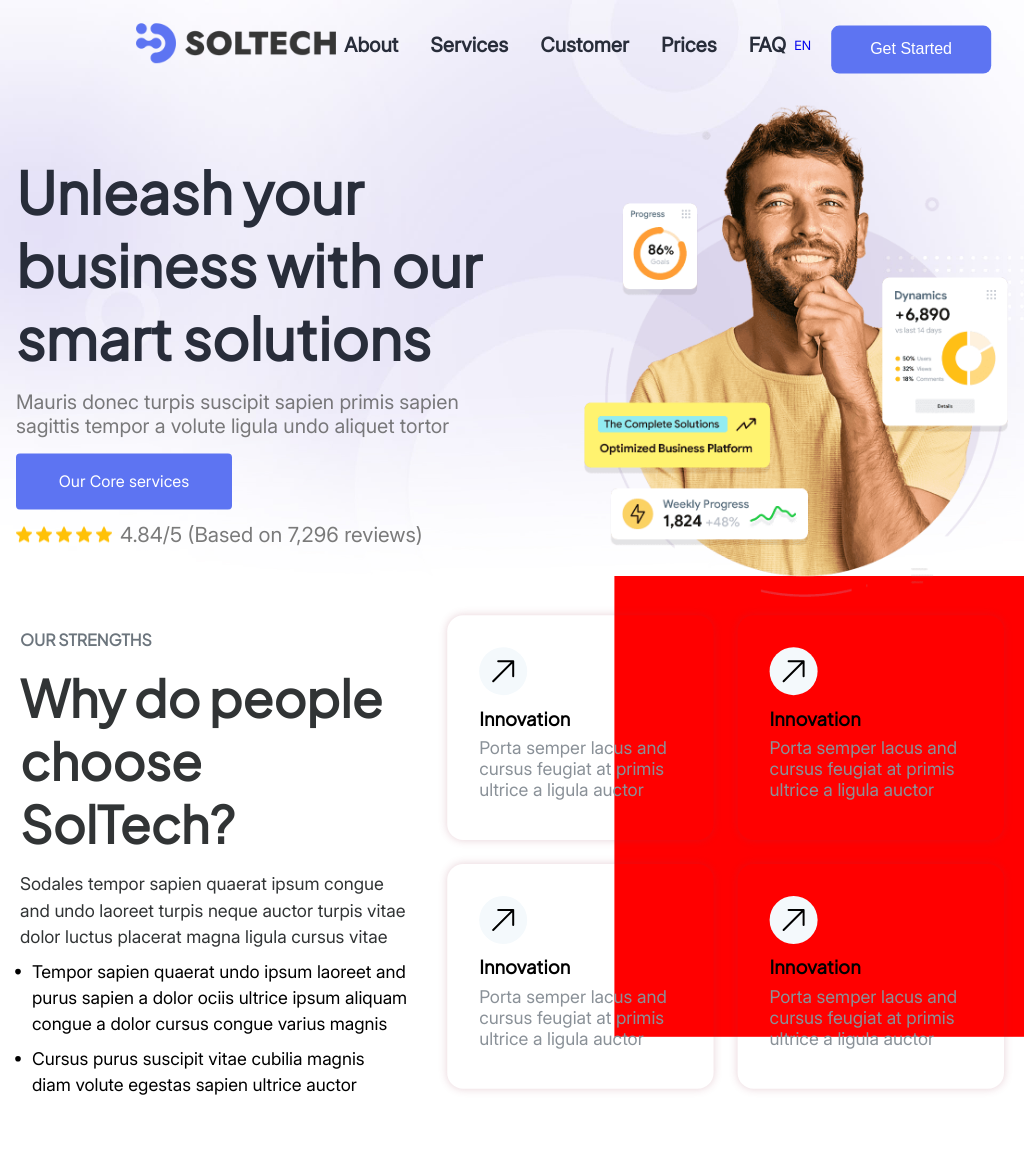
Repository: md-rabbi-hossain/Soltech-html
Page: index.html
These files come from the project's save history. The page is drawn as it stood at one moment and after the next save; the edit follows.
The browser window is 1280 px wide. The pictures show the whole page, at 80% of full size.

Above is the page before, as saved 2025-01-10 02:46:19.

### index.html
<!DOCTYPE html>
<html lang="en">
  <head>
    <meta charset="UTF-8" />
    <meta name="viewport" content="width=device-width, initial-scale=1.0" />
    <link rel="stylesheet" href="Css/style.css" />
    <title>Soltech</title>
  </head>
  <body>
    <header class="main-container">
      <div class="Hero-parents-container">
        <nav>
          <div class="logo">
            <img src="image/logo-1.png" alt="Logo" />
          </div>
          <ul class="menu">
            <li class="dropdown">
              <a href="#">About</a>
              <ul class="dropdown-menu">
                <li><a href="#">Our Team</a></li>
                <li><a href="#">Our Mission</a></li>
                <li><a href="#">History</a></li>
              </ul>
            </li>
            <li><a href="#">Services</a></li>
            <li><a href="#">Customer</a></li>
            <li><a href="#">Prices</a></li>
            <li><a href="#">FAQ</a></li>
          </ul>
          <div class="actions">
            <div class="dropdown">
              <li><a href="#">EN</a></li>
              <ul class="dropdown-menu">
                <li><a href="#">English</a></li>
                <li><a href="#">Spanish</a></li>
              </ul>
            </div>
            <button class="get-started">Get Started</button>
          </div>
        </nav>
        <!-- Navbar end here  -->
        <!-- hero start here  -->
        <div class="hero-parents container">
          <div class="left-side">
            <div class="content">
              <h1>Unleash your business with our smart solutions</h1>
              <p>
                Mauris donec turpis suscipit sapien primis sapien sagittis
                tempor a volute ligula undo aliquet tortor
              </p>
              <div>
                <button>Our Core services</button>
              </div>
              <div class="text">
                <div class="icon">
                  <img src="image/star.png" alt="" />
                  <img src="image/star.png" alt="" />
                  <img src="image/star.png" alt="" />
                  <img src="image/star.png" alt="" />
                  <img src="image/star.png" alt="" />
                </div>
                <p>4.84/5 (Based on 7,296 reviews)</p>
              </div>
            </div>
          </div>
          <div class="right">
            <img src="/image/hero-right.png" alt="" />
          </div>
        </div>
      </div>
    </header>
    <section class="main-container cta-section">
      <div class="container">
        <div class="introduction-parent">
          <div class="introduction-text">
            <div class="inner">
              <h4>Our Strengths</h4>
              <h2>Why do people choose SolTech?</h2>
              <p>
                Sodales tempor sapien quaerat ipsum congue and undo laoreet
                turpis neque auctor turpis vitae dolor luctus placerat magna
                ligula cursus vitae
              </p>
              <ul>
                <li>
                  Tempor sapien quaerat undo ipsum laoreet and purus sapien a
                  dolor ociis ultrice ipsum aliquam congue a dolor cursus congue
                  varius magnis
                </li>
                <li>
                  Cursus purus suscipit vitae cubilia magnis diam volute egestas
                  sapien ultrice auctor
                </li>
              </ul>
            </div>
          </div>
          <div class="box-parent">
            <div class="box">
              <div class="box-inner">
                <svg
                  xmlns="http://www.w3.org/2000/svg"
                  fill="none"
                  viewBox="0 0 24 24"
                  stroke-width="1.5"
                  stroke="currentColor"
                  class="size-6"
                >
                  <path
                    stroke-linecap="round"
                    stroke-linejoin="round"
                    d="m4.5 19.5 15-15m0 0H8.25m11.25 0v11.25"
                  />
                </svg>
                <h3>Innovation</h3>
                <p>
                  Porta semper lacus and cursus feugiat at primis ultrice a
                  ligula auctor
                </p>
              </div>
            </div>
            <div class="box">
              <div class="box-inner">
                <svg
                  xmlns="http://www.w3.org/2000/svg"
                  fill="none"
                  viewBox="0 0 24 24"
                  stroke-width="1.5"
                  stroke="currentColor"
                  class="size-6"
                >
                  <path
                    stroke-linecap="round"
                    stroke-linejoin="round"
                    d="m4.5 19.5 15-15m0 0H8.25m11.25 0v11.25"
                  />
                </svg>
                <h3>Innovation</h3>
                <p>
                  Porta semper lacus and cursus feugiat at primis ultrice a
                  ligula auctor
                </p>
              </div>
            </div>
            <div class="box">
              <div class="box-inner">
                <svg
                  xmlns="http://www.w3.org/2000/svg"
                  fill="none"
                  viewBox="0 0 24 24"
                  stroke-width="1.5"
                  stroke="currentColor"
                  class="size-6"
                >
                  <path
                    stroke-linecap="round"
                    stroke-linejoin="round"
                    d="m4.5 19.5 15-15m0 0H8.25m11.25 0v11.25"
                  />
                </svg>
                <h3>Innovation</h3>
                <p>
                  Porta semper lacus and cursus feugiat at primis ultrice a
                  ligula auctor
                </p>
              </div>
            </div>
            <div class="box">
              <div class="box-inner">
                <svg
                  xmlns="http://www.w3.org/2000/svg"
                  fill="none"
                  viewBox="0 0 24 24"
                  stroke-width="1.5"
                  stroke="currentColor"
                  class="size-6"
                >
                  <path
                    stroke-linecap="round"
                    stroke-linejoin="round"
                    d="m4.5 19.5 15-15m0 0H8.25m11.25 0v11.25"
                  />
                </svg>
                <h3>Innovation</h3>
                <p>
                  Porta semper lacus and cursus feugiat at primis ultrice a
                  ligula auctor
                </p>
              </div>
            </div>
          </div>
        </div>
      </div>
    </section>
    <script src="/Js/Script.js"></script>
  </body>
</html>

### Css/style.css
* {
  margin: 0;
  padding: 0;
  box-sizing: border-box;
}
html {
  scroll-behavior: smooth;
}
@font-face {
  font-family: Inter;
  src: url("/Font/Inter_24pt-Regular.ttf") format("woff2");
  src: url("/Font/Inter_24pt-Regular.ttf") format("woff");
  src: url("/Font/Inter_24pt-Regular.ttf") format("truetype");
  font-weight: normal;
  font-style: normal;
}
@font-face {
  font-family: Jakarta;
  src: url("/Font/PlusJakartaSans-Regular.ttf") format("woff2");
  src: url("/Font/PlusJakartaSans-Regular.ttf") format("woff");
  src: url("/Font/PlusJakartaSans-Regular.ttf") format("truetype");
  font-weight: normal;
  font-style: normal;
}
body {
  font-family: Inter;
}
li {
  list-style: none;
}
li a {
  text-decoration: none;
}
.main-container {
  max-width: 100%;
}

.container {
  max-width: 1400px;
  display: block;
  margin: 0 auto;
  padding: 25px;
}
h1 h2 h3 h5 h5 {
  font-family: Jakarta;
}
p {
  color: #8a9198;
}
nav {
  display: flex;
  justify-content: space-between;
  align-items: center;
  padding-left: 170px;
  padding-right: 150px;
  padding-top: 20px;
  padding-bottom: 20px;
  position: relative;
  transition: all 0.3s ease;
  z-index: 1000;
}
nav.sticky {
  background-color: rgba(253, 253, 254, 0.8);
  position: sticky;
  top: 0;
  padding-bottom: 20px;
  box-shadow: 0 4px 6px rgba(0, 0, 0, 0.1);
}
.logo img {
  max-height: 50px;
}
.menu {
  display: flex;
  list-style: none;
  gap: 20px;
}
.menu li {
  position: relative;
}
.menu a {
  text-decoration: none;
  font-size: 25px;
  color: #282d3a;
  font-weight: bold;
  padding: 5px 10px;
}
/* Dropdown Styles */
.dropdown:hover .dropdown-menu {
  display: block;
}
.dropdown-menu {
  display: none;
  position: absolute;
  background: #fff;
  box-shadow: 0 4px 6px rgba(0, 0, 0, 0.1);
  border-radius: 5px;
  margin-top: 10px;
  list-style: none;
  padding: 10px 0;
}
.dropdown-menu li {
  padding: 5px 20px;
}
.dropdown-menu li a {
  color: #282d3a;
}
.dropdown-menu li:hover {
  background: #f1f1f1;
}
.actions {
  display: flex;
  align-items: center;
  gap: 20px;
}
.get-started {
  background: #5d74f2;
  color: #fff;
  font-size: 20px;
  line-height: 28px;
  padding: 6px 22px 8px;
  margin: 12px 5px 0;
  border: none;
  border-radius: 10px;
  width: 200px;
  height: 60px;
  cursor: pointer;
  transition: 0.5s;
}
.get-started:hover {
  background: #f2f0fb;
  border: 1px solid black;
  color: #585f6e;
}

/*  Hero Section Styles Here */
.Hero-parents-container {
  max-width: 100%;
  height: 100vh;
  background-image: url("/image/hero-1.jpg");
  background-size: cover;
  background-repeat: no-repeat;
}
.hero-parents {
  display: flex;
  justify-content: space-between;
  align-items: center;
  gap: 20px;
  padding: 20px;
}

.left-side {
  flex: 1;
}
.left-side h1 {
  font-size: 4.5rem;
  color: #282d3a;
  margin-bottom: 20px;
  font-family: Jakarta;
}
.left-side p {
  font-size: 25px;
  width: 560px;
  color: #5a5a5a; /* Subtle color for the paragraph text */
  margin-bottom: 20px;
  opacity: 0.8;
}

.left-side button {
  background: #5d74f2;
  color: white;
  font-size: 20px;
  padding: 10px 20px;
  border: none;
  border-radius: 5px;
  cursor: pointer;
  width: 270px;
  font-family: Inter;
  height: 70px;
}

.left-side button:hover {
  background: #4b62d8;
}
.icon img {
  width: 20px;
}

.text {
  display: flex;
  align-items: center;
  gap: 10px;
  padding-top: 15px;
}
.icon {
  display: flex;
  gap: 5px;
}

.icon img {
  width: 20px;
  height: 20px;
}

.text p {
  margin: 0;
  font-size: 26px;
}

/* Right Side */
.right {
  flex: 1;
  display: flex;
  justify-content: center;
  align-items: center;
}

.right img {
  max-width: 100%;
  height: auto;
  object-fit: contain;
}
section.main-container.cta-section {
  position: relative;
  overflow: hidden;
  height: 100vh;
  display: flex;
  align-items: center;
}
section.main-container.cta-section::after {
  content: ""; /* Required for pseudo-elements */
  position: absolute;
  top: 0;
  right: 0; /* Stick it to the right side */
  height: 80%; /* Full height of the section */
  width: 40%; /* Adjust width as needed */
  background: red;
  z-index: -1; /* Place behind content */
}
.introduction-parent {
  display: flex;
  justify-content: space-between;
}

.introduction-text {
  width: 40%;
  margin-right: 50px;
  display: flex;
  align-items: center;
}
.introduction-text .inner h4 {
  font-family: Jakarta;
  color: rgb(108, 117, 125);
  margin-bottom: 20px;
  text-transform: uppercase;
  font-size: 20px;
}
.introduction-text .inner h2 {
  font-family: Jakarta;
  font-size: 63px;
  color: rgb(49, 52, 53);
  margin-bottom: 20px;
}
.introduction-text .inner p {
  line-height: 1.5;
  font-family: Inter;
  font-size: 22px;
  color: rgb(49, 52, 53);
}
.introduction-text .inner ul li {
  list-style: initial;
  margin-left: 15px;
  font-size: 22px;
  line-height: 1.5;
  margin-top: 10px;
}
.box-parent {
  display: flex;
  flex-wrap: wrap;
  width: 60%;
  margin-left: -15px;
  margin-right: -15px;
}
.box {
  width: 50%;
  padding-left: 15px;
  padding-right: 15px;
  padding-bottom: 30px;
}
.box-inner {
  box-shadow: 0 0 10px #99334d3b;
  padding: 40px;
  border-radius: 20px;
}
.box-inner h3 {
  font-family: Jakarta;
  font-size: 23px;
  margin-bottom: 10px;
}
.box-inner p {
  font-family: Inter;
  font-size: 22px;
  margin-bottom: 10px;
}
.box-inner svg {
  width: 60px;
  height: 60px;
  background: #f4f9fc;
  padding: 10px;
  margin-bottom: 10px;
  border-radius: 50%;
}

### Js/Script.js
window.onscroll = function () {
  let navbar = document.querySelector("nav");
  if (window.pageYOffset > 0) {
    navbar.classList.add("sticky");
  } else {
    navbar.classList.remove("sticky");
  }
};

After the next save:
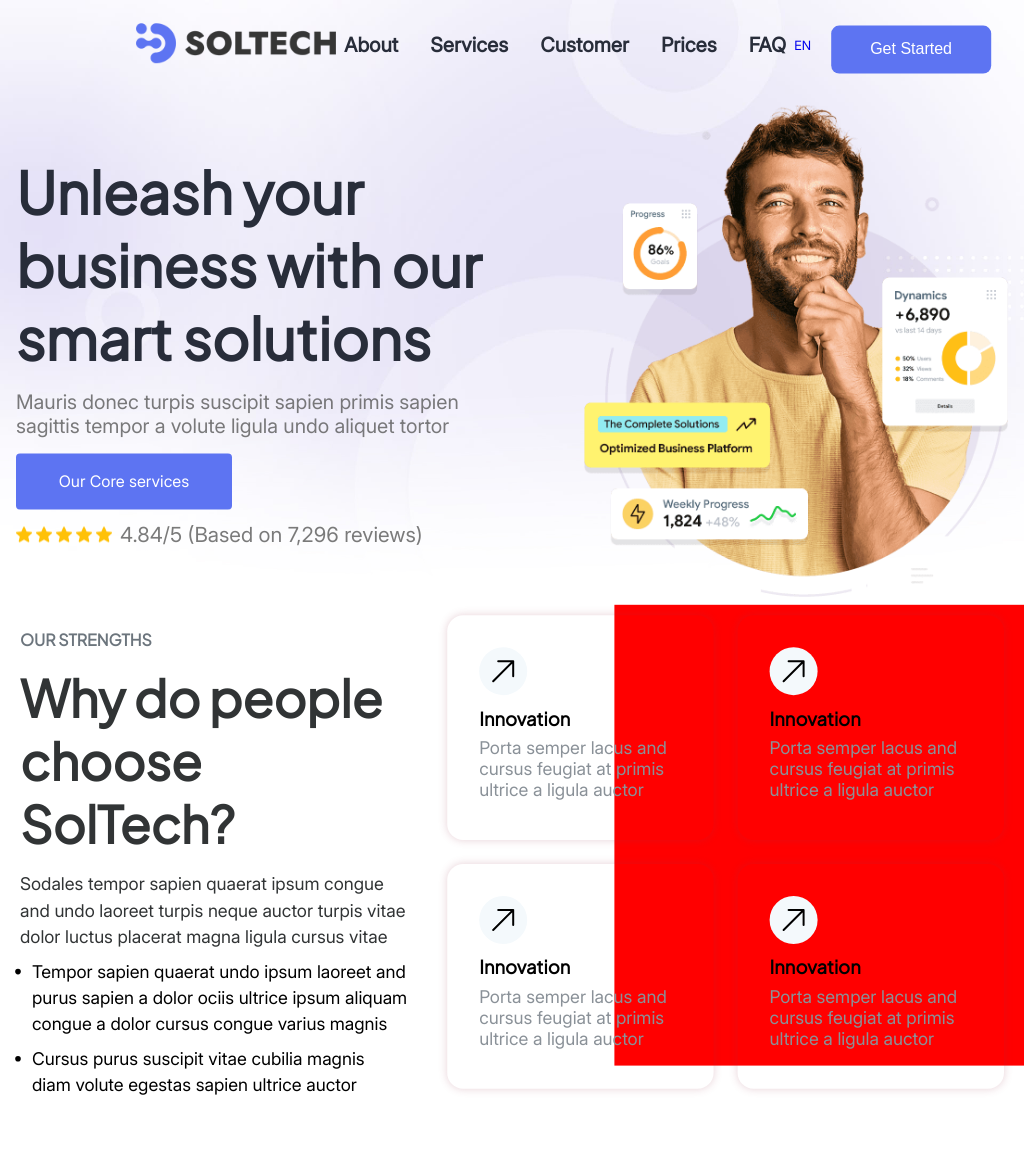
Saved 58 s later.
--- a/Css/style.css
+++ b/Css/style.css
@@ -229,7 +229,7 @@ section.main-container.cta-section {
 section.main-container.cta-section::after {
   content: ""; /* Required for pseudo-elements */
   position: absolute;
-  top: 0;
+  top: 5%;
   right: 0; /* Stick it to the right side */
   height: 80%; /* Full height of the section */
   width: 40%; /* Adjust width as needed */
